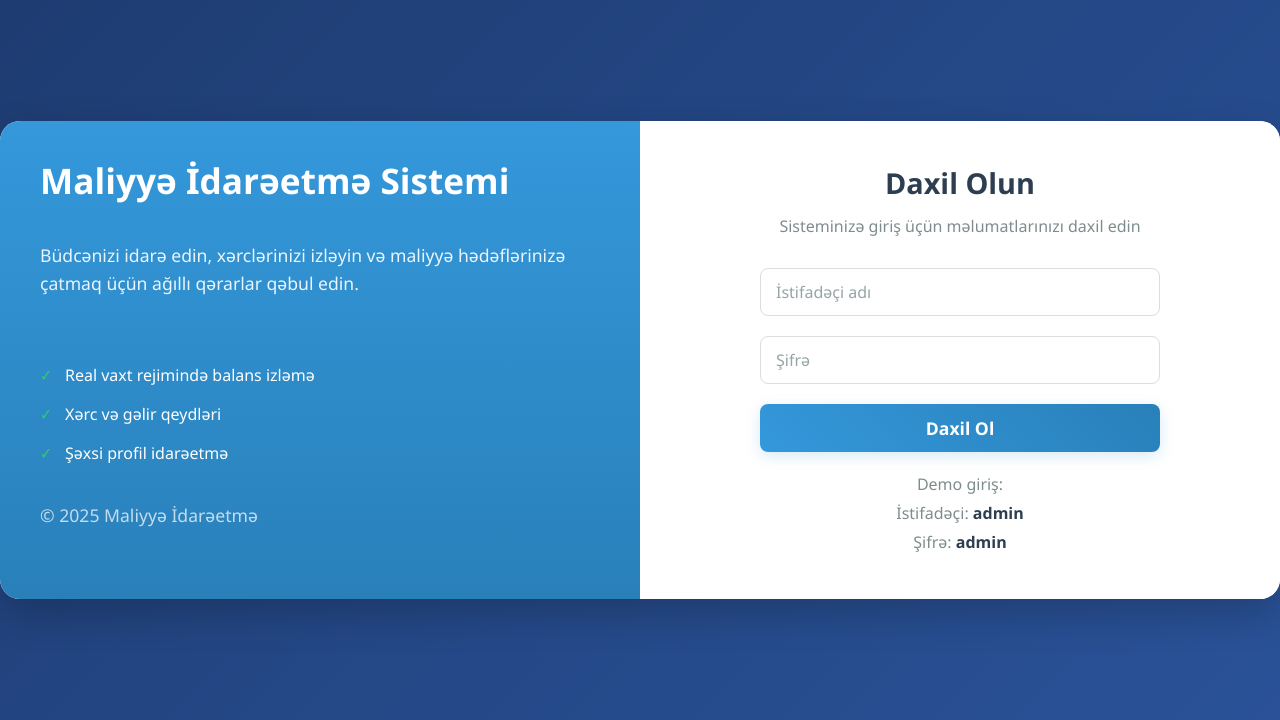
Repository: ferhadsultan98/financialmanagement
Page: /login
These files come from the project's save history. The page is drawn as it stood at one moment and after the next save; the edit follows.
The browser window is 1280 px wide. The pictures show the whole page.
The project was rebuilt for these pictures with package versions that can differ from the ones it lists, and the page was loaded fresh each time. Also part of the build but not shown: vite.config.js, src/Styles/Sidebar.scss, src/Components/Sidebar/Navbar.jsx, src/Components/Sidebar/ProfileModal.jsx, src/Components/Sidebar/Sidebar.jsx, src/Components/Layout/MainLayout.jsx, src/Pages/Home/Home.jsx, src/Pages/AddExpense/AddExpense.jsx and 2 more.

Above is the page before, as saved 2025-03-24 00:02:25.

After the next save:
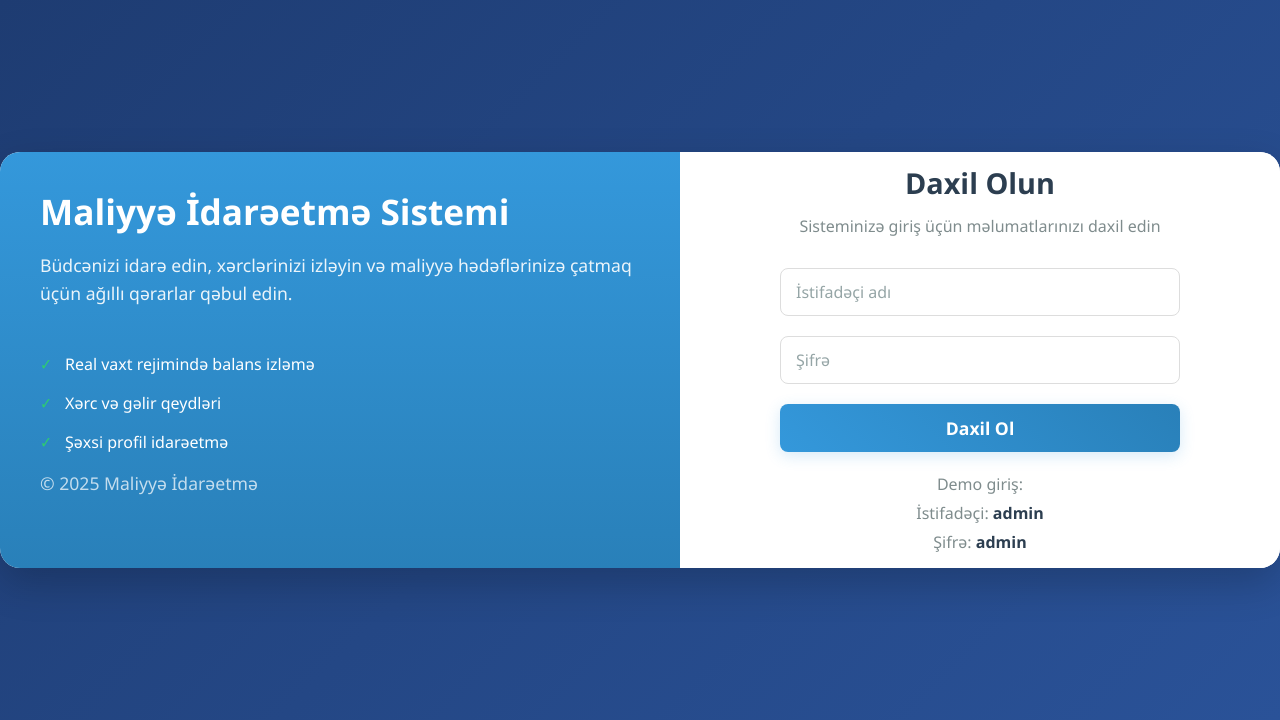
Saved 39 s later.
--- a/src/Components/Login/Login.scss
+++ b/src/Components/Login/Login.scss
@@ -71,7 +71,7 @@
   align-items: center;
   justify-content: center;
   background: white;
-  padding: 40px;
+
 
   .login-box {
     width: 100%;

After the 3 saves that followed:
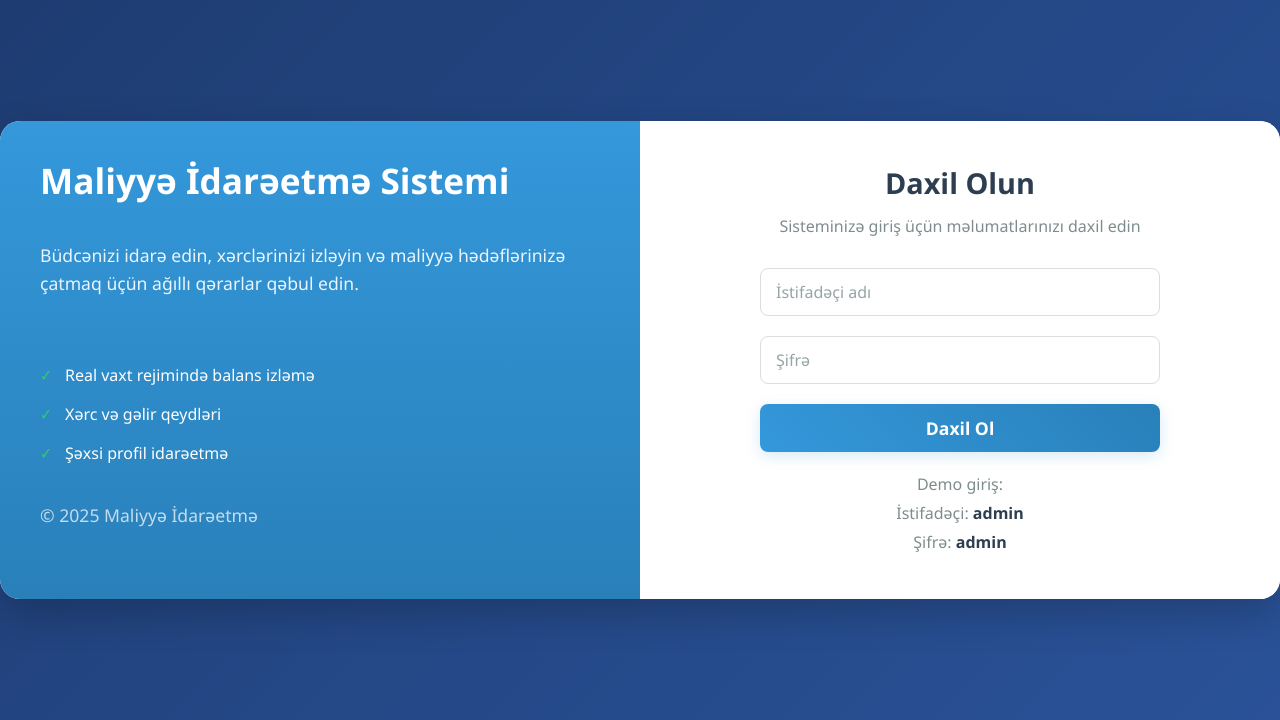
The 3 saves are shown as one change because they came seconds apart.
The last was saved 12 s later.
--- a/src/Components/Login/Login.scss
+++ b/src/Components/Login/Login.scss
@@ -71,7 +71,7 @@
   align-items: center;
   justify-content: center;
   background: white;
-
+  padding: 40px;
 
   .login-box {
     width: 100%;
